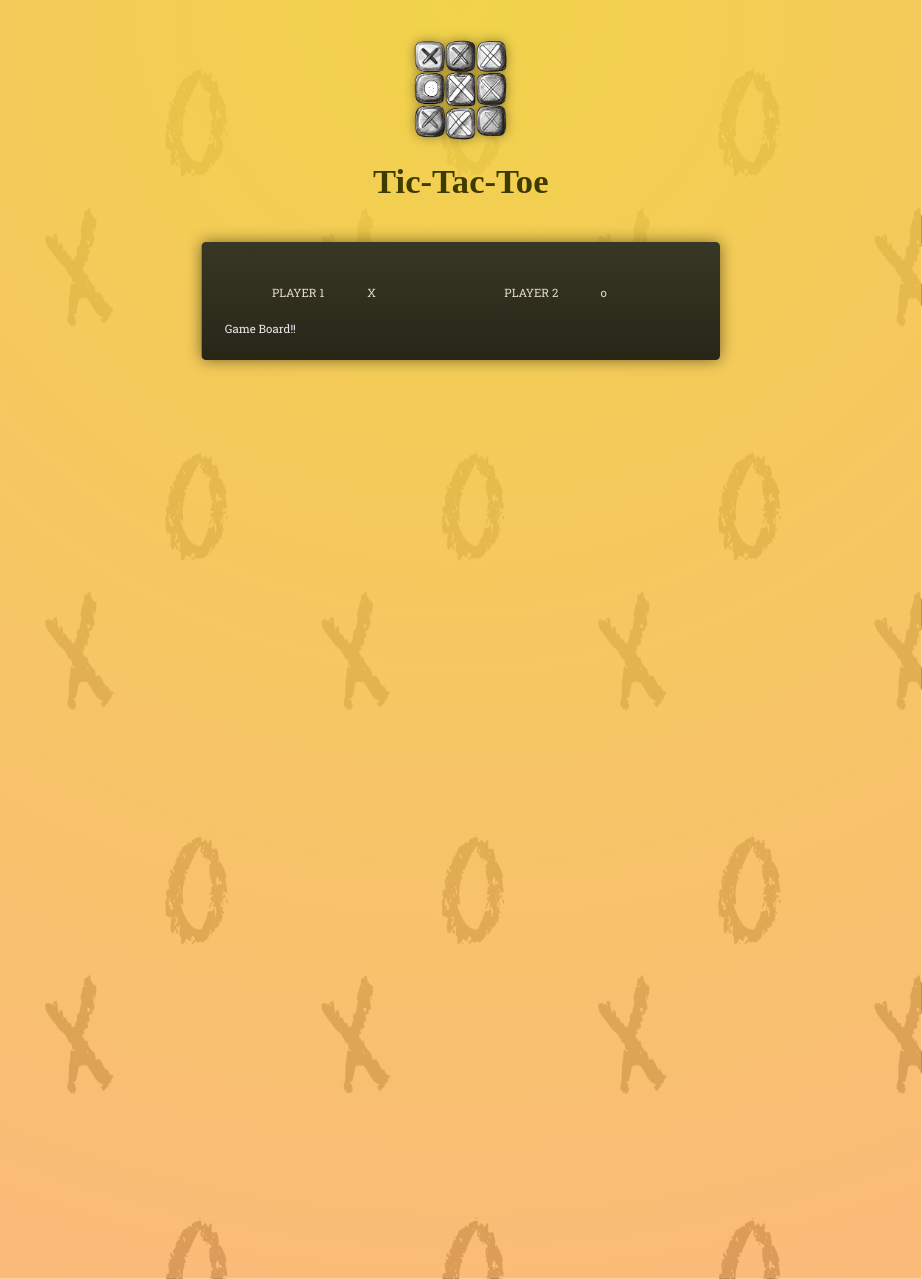
Repository: PrateekSahu9808/Tic_tac__toe_game
Page: /
These files come from the project's save history. The page is drawn as it stood at one moment and after a run of saves; the edit follows.
The browser window is 1280 px wide. The pictures show the whole page, at 72% of full size.
Some web fonts or font styles are not loaded; a fallback is used. The project was rebuilt for these pictures with package versions that can differ from the ones it lists, and the page was loaded fresh each time. Also part of the build but not shown: vite.config.js.

Above is the page before, as saved 2024-04-15 23:57:10.

### index.html
<!DOCTYPE html>
<html lang="en">
  <head>
    <meta charset="UTF-8" />
    <link rel="icon" type="image/svg+xml" href="/vite.svg" />
    <meta name="viewport" content="width=device-width, initial-scale=1.0" />
    <title>Vite + React</title>
  </head>
  <body>
    <header>
      <img src="game-logo.png" alt="tick" />
      <h1>Tic-Tac-Toe</h1>
    </header>
    <div id="root"></div>
    <script type="module" src="/src/main.jsx"></script>
  </body>
</html>

### src/App.jsx
function App() {
  return (
    <main>
      <div id="game-container">
        <ol id="players">
          <li>
            <span className="player"></span>
            <span className="player-name">Player 1</span>
            <span className="player-symbol">X</span>
          </li>
          <li>
            <span className="player-name">Player 2</span>
            <span className="player-symbol">o</span>
          </li>
        </ol>
        Game Board!!
      </div>
    </main>
  );
}

export default App;

Loaded but not shown: src/main.jsx (common file); src/index.css (common file)

After the next 2 saves:
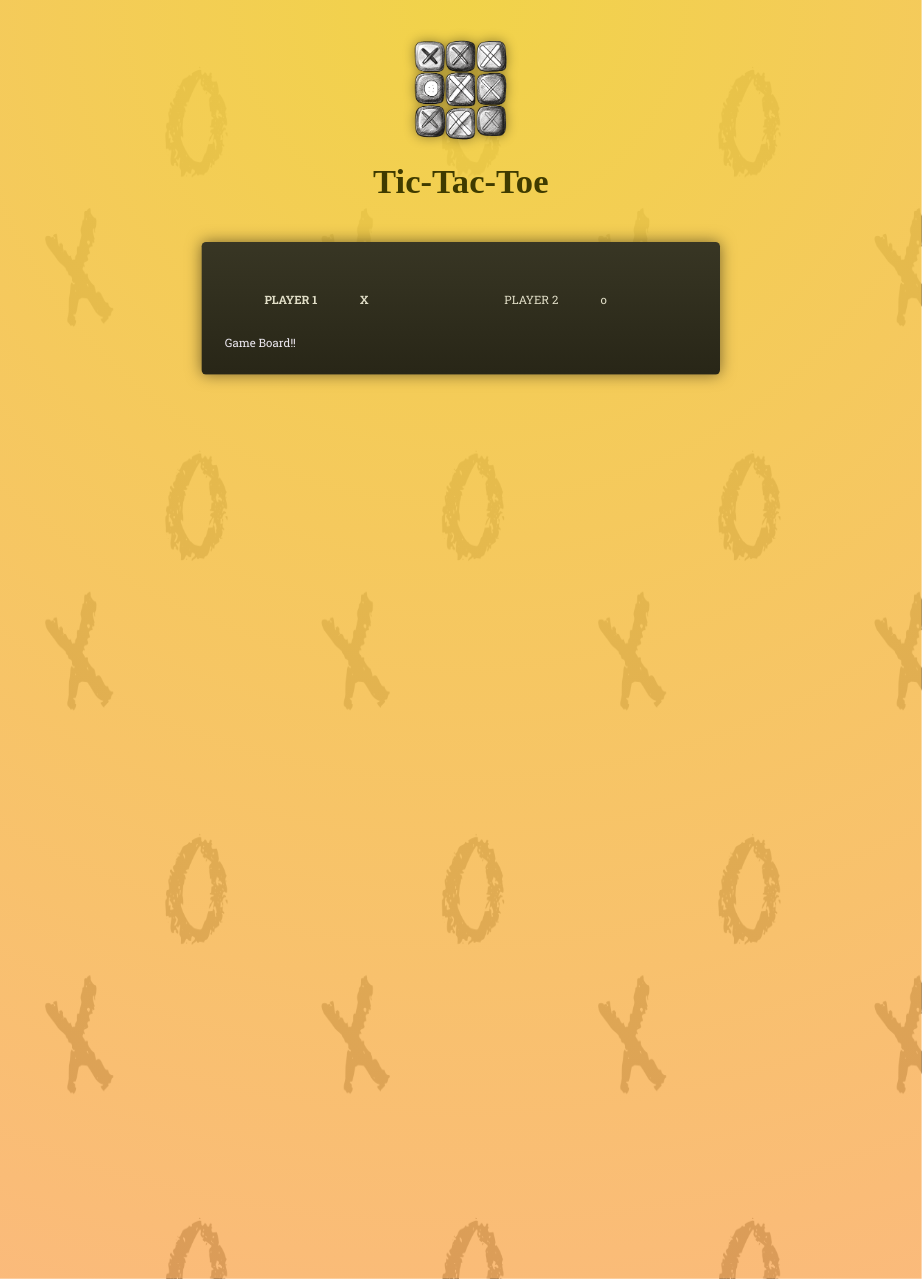
The 2 saves are shown as one change because they came seconds apart.
The last was saved 6 s later.
--- a/src/App.jsx
+++ b/src/App.jsx
@@ -4,9 +4,10 @@ function App() {
       <div id="game-container">
         <ol id="players">
           <li>
-            <span className="player"></span>
-            <span className="player-name">Player 1</span>
-            <span className="player-symbol">X</span>
+            <span className="player">
+              <span className="player-name">Player 1</span>
+              <span className="player-symbol">X</span>
+            </span>
           </li>
           <li>
             <span className="player-name">Player 2</span>
